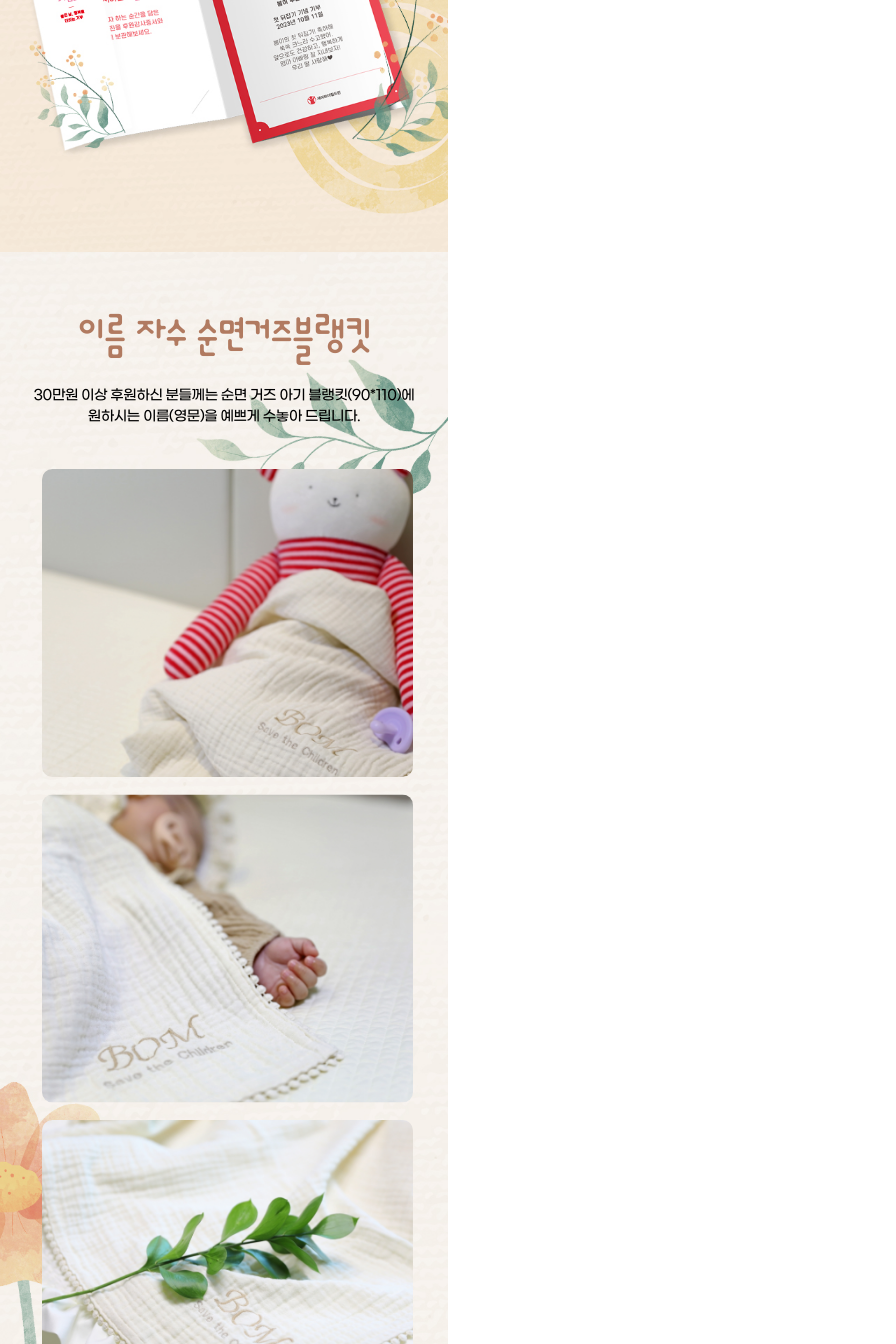
Repository: dlgywls1130/save_children_m
Page: index.html
An editor plug-in stored every save of this project. The page is shown before and after the next save, followed by the edit.
The browser window is 1280 px wide. The pictures show the part of the page from y = 4580 to 6500 px (the page is 9980 px tall), at 70% of full size.

Above is the page before, as saved 2023-12-13 21:01:17.

### index.html
<!DOCTYPE html>
<html lang="en">
<head>
    <meta charset="UTF-8">
    <meta name="viewport" content="width=device-width, initial-scale=1.0">
    <title>세이브더칠드런</title>

    <link rel="stylesheet" href="./css/reset.css">
    <link rel="stylesheet" href="./css/style.css">

</head>
<body>
    <div class="content_body">
        <section class="section_wrapper section01">
            <div class="se01 se_wrapper">
                <div class="se01_sub">
                    <div class="sub_logo">
                        <img src="./img/logo01.png" alt="logo">
                    </div>
                    <p>우리 아기 좋은 날 기부</p>
                </div>
                <p class="seo01_title">
                    아가야,
                </p>
                <p class="seo01_title_two">
                    너의 <span id="rollingText">탄생</span> 순간을 축하해!
                </p>
                <p class="section_descript mb-45">
                    아이의 건강과 행복을
                    <br>바라는 마음을 담아,
                    <br>탄생, 백일, 첫 걸음마, 첫돌 등
                    <br>내 아이의 소중한 순간을
                    <br>기부로 기념해보세요.
                    <br>함께 자라나는 다른 아이들
                    <br>에게도 큰 축복이 됩니다..
                </p>

                <a class="donation_link" href="javascript:void(0)">우리 아기 좋은 날 기부</a>
            </div>
        </section>
        <section class="section_wrapper section02">
            <div class="se02 se_wrapper">
                <div class="postit_wrapper">
                    <div class="postit postit01">
                        <p>우리 아들 우현이의<br>
                        200일을 축하해.<br>
                        <span>건강하게 자라줘서 고마워 <img src="./img/heart.png"></span>
                        늘 사랑받고 받은 사랑만큼<br>
                        베풀 수 있는 건강하고<br>
                        멋진 아들이 되길 바래!</p>
                    </div>
                    <div class="postit postit02">
                        <p>우리 새로아<Br>
                        백일 동안 무럭무럭 자라줘서<Br>
                        고마워~앞으로도 건강하고<Br>
                        우리 같이 재미있게 많이 놀자.<Br>
                        엄마,아빠가 많이 사랑해.</p>
                    </div>

                    <div class="postit postit05">
                        <p>사랑하는 도현이의<br>
                        첫 어린이날과 첫돌을<br>
                        기념하며, <br>
                        이웃을 사랑하는<br>
                        멋진 사람으로 자라길</p>

                    </div>
                    <div class="postit postit04">
                        <p>보미야<br>
                        첫 번째 생일 축하해<br>
                        너의 존재가 온 세상에<br>
                        봄이길 바랄게!   </p>
                    </div>

                    <div class="postit postit03">
                        <p>서진아<br>
                        우리에게 와줘서 고마워<br>
                        건강하고 행복하게 자라렴.<br>
                        사랑해♡      </p>
                    </div>

                </div>

            </div>
        </section>
        <section class="section_wrapper section03">
            <div class="se_wrapper se03">
                <div class="se_title_co">
                    아기의 좋은 날을<br> 기념해 주신 모든 분들께
                    <br>후원감사증서를 보내드립니다.
                </div>
                <div class="se_sub_co">
                    후원감사증서는<Br> 아기에게 남기고 싶은 메시지와 아기의 좋은 날이 담긴 사진을<br> 보관할 수 있도록
                    만들어드립니다.<br> 먼 훗날, 아기가 성장해 읽게 될 날을 그리며 편지를 써보세요.
                </div>
            </div>

        </section>
        <section class="section_wrapper section04">
            <div class="se_wrapper se04">
                <div class="se_title_co">
                    이름 자수 순면거즈블랭킷
                </div>
                <div class="se_sub_co">
                    30만원 이상 후원하신 분들께는 순면 거즈 아기 블랭킷(90*110)에
                    <Br>원하시는 이름(영문)을 예쁘게 수놓아 드립니다.
                </div>

                <div class="se04_slide mt-85">
                    <div class="se04_slide_list">
                        <img src="./img/slide03.jpg">
                    </div>
                    <div class="se04_slide_list">
                        <img src="./img/slide02.jpg">
                    </div>
                    <div class="se04_slide_list">
                        <img src="./img/slide01.jpg">
                    </div>
                </div>
            </div>
        </section>
        <section class="section_wrapper section05">
            <div class="se_wrapper se05">
                <div class="se_title_co">
                    후원신청 과정
                </div>


                <div class="se_sub_co">
                    30만원 이상 후원해 주신 경우,
                    <br>감사 선물 수령 주소 및 아기 블랭킷에 새겨질 문구 확인을 위한 문자가 발송됩니다.
                </div>

                <div class="se_step_list">
                    <div class="se_step">
                        <p class="step_number">1</p>
                        <div class="step_ico">
                            <img src="./img/icon01.png" alt="img">
                        </div>
                        <p class="step_descript">
                            후원신청하기
                        </p>
                    </div>
                    <div class="se_step">
                        <p class="step_number">2</p>
                        <div class="step_ico">
                            <img src="./img/icon02.png" alt="img">
                        </div>
                        <p class="step_descript">
                            후원감사증서
                            메시지 적기
                        </p>
                    </div>
                </div>
                <div class="se_step_list">
                    <div class="se_step">
                        <p class="step_number">3</p>
                        <div class="step_ico">
                            <img src="./img/icon03.png" alt="img">
                        </div>
                        <p class="step_descript">
                            신청완료
                        </p>
                    </div>
                    <div class="se_step">
                        <p class="step_number">4</p>
                        <div class="step_ico">
                            <img src="./img/icon04.png" alt="img">
                        </div>
                        <p class="step_descript">
                            후원감사증서 발송
                            (1주 이내)
                        </p>
                    </div>
                </div>


                <a class="donation_link" href="javascript:void(0)">우리 아기 좋은 날 기부</a>
            </div>

        </section>
        <section class="section_wrapper section06">
            <div class="se_wrapper se06">
                <div class="se_title_co">
                    후원금, 이렇게 쓰여요!
                </div>
                <div class="se_sub_co">
                    세이브더칠드런은 <Br><span>국내외 아동을 위한 교육,
                    <Br>보호, 보건영양지원,<Br> 아동권리옹호</span> 등의<Br> 활동을 해나가고 있습니다.
                </div>
                <div class="se_sub_co">
                    보내주신 후원금은<Br> 정치, 종교, 인종에 관계없이<Br> 모든 아이를 구해야 한다는
                    <Br>세이브더칠드런의 신념에 따라 <Br><span>가장 도움 필요한 아이를 위해 우선 사용</span>됩니다.
                </div>
            </div>

        </section>
        <section class="section_wrapper section07">
            <div class="se_wrapper se07">
                <div class="se_title_co">
                    FAQ
                </div>
                <div class="accordion">
                    <div class="accordion-item">
                        <h3 class="title">
                            <span>1. 30만원 이상 후원했습니다. <br>거즈 순면 블랭킷은 언제 오나요?</span>
                            <img src="./img/top.png">
                        </h3>
                        <p class="paragraph">
                            우리아기 축하기부로 30만원 이상 후원자님들께는 담요에 수놓을 아기 이름과
                            선물 수령 주소 확인을 위한 문자가 발송됩니다.
                            02-6900-4479로 발송되는 문자 속 설문조사에 답해주세요.
                            확인을 완료하신 분들께는 블랭킷 제작을 담당하고 있는 조니 스튜디오에서
                            아기 이름 자수 작업 완료 후 배송해 드립니다.

                        </p>
                    </div>
                    <div class="accordion-item">
                        <h3 class="title">
                            <span>2. 거즈 순면 블랭킷, 안전한 제품인가요?</span>
                            <img src="./img/top.png">
                        </h3>
                        <p class="paragraph">
                            본 블랭킷은 워싱된 3중 거즈로 제작되었으며, KC안전검사를 완료하였습니다.
                            소재 특성상 섬유 조각이 발생할 수 있어 망에 넣지 않고 3번 정도 물빨래 하시는 것을 권장합니다.

                        </p>
                    </div>
                    <div class="accordion-item">
                        <h3 class="title">
                            <span>3. 거즈 순면 블랭킷을 받았는 데 하자가 있어요. <Br>어떻게 해야 하나요? </span>
                            <img src="./img/top.png">
                        </h3>
                        <p class="paragraph">
                            070-4220-4123 (조니스튜디오 CS)로 전화 연락 부탁드립니다. 하자 물품에 대한 교환은 수령일로부터 7일 이내에 조니스튜디오에 연락해주셔야 하며, 이로 인한 후원금 환불은 어렵습니다.
                        </p>
                    </div>
                    <div class="accordion-item">
                        <h3 class="title">
                            <span>4. 후원감사증서에 넣을 수 있는 사진 사이즈는 <Br>얼마인가요?</span>
                            <img src="./img/top.png">
                        </h3>
                        <p class="paragraph">
                            사진 인화 사이즈 5*7 인치에 맞추어서 제작되었습니다.  그보다 작은 사진일 경우, 후원감사증서
                            내부의 주머니에 넣어 보관하실 수도  있습니다.

                        </p>
                    </div>
                </div>
            </div>

        </section>
        <section class="section_wrapper section08">
            <div class="se_wrapper se08">
                <div class="se08_postion">
                    <p class="se08_title">우리 아기 좋은 날 기부</p>
                    <p class="se08_descript">
                        탄생, 백일, 첫 걸음마, 첫돌...
                        <br>소중한 우리 아기의 성장을 기념해 보세요!
                        <br>아기의 좋은 날이 모여 세상의 행복이 됩니다.
                    </p>
                    <a href="javascript:void(0)" class="more_btn">
                        <p>자세히보기</p>
                        <svg xmlns="http://www.w3.org/2000/svg" width="16" height="16" fill="currentColor" class="bi bi-chevron-right" viewBox="0 0 16 16">
                            <path fill-rule="evenodd" d="M4.646 1.646a.5.5 0 0 1 .708 0l6 6a.5.5 0 0 1 0 .708l-6 6a.5.5 0 0 1-.708-.708L10.293 8 4.646 2.354a.5.5 0 0 1 0-.708z"/>
                        </svg>
                    </a>
                </div>

            </div>
        </section>
    </div>

    <script src="https://ajax.googleapis.com/ajax/libs/jquery/1.12.4/jquery.min.js"></script>
    <script src="./js/main.js"></script>
</body>
</html>

### css/reset.css


html, body, div, span, applet, object, iframe,
h1, h2, h3, h4, h5, h6, p, blockquote, pre,
a, abbr, acronym, address, big, cite, code,
del, dfn, em, img, ins, kbd, q, s, samp,
small, strike, strong, sub, sup, tt, var,
b, u, i, center,
dl, dt, dd, ol, ul, li,
fieldset, form, label, legend,
table, caption, tbody, tfoot, thead, tr, th, td,
article, aside, canvas, details, embed,
figure, figcaption, footer, header, hgroup,
menu, nav, output, ruby, section, summary,
time, mark, audio, video {
	margin: 0;
	padding: 0;
	border: 0;
	font-size: 100%;
	font: inherit;
	vertical-align: baseline;
}

article, aside, details, figcaption, figure,
footer, header, hgroup, menu, nav, section {
	display: block;
}
body {
	line-height: 1;
}
ol, ul {
	list-style: none;
}
blockquote, q {
	quotes: none;
}
blockquote:before, blockquote:after,
q:before, q:after {
	content: '';
	content: none;
}
table {
	border-collapse: collapse;
	border-spacing: 0;
}

### css/style.css

/* root */
:root{
    --main-color:#B17A60;
    --pink-color:#F79497;
}


/* font */

/* dongle */
@font-face {
    font-family: 'Dongle';
    font-weight: 300;
    src: url('../font/Dongle-Light.ttf') format('ttf'),
    url('../font/Dongle-Light.woff') format('woff');
}

@font-face {
    font-family: 'Dongle';
    font-weight: 500;
    src: url('../font/Dongle-Regular.ttf') format('ttf'),
    url('../font/Dongle-Regular.woff') format('woff');
}

@font-face {
    font-family: 'Dongle';
    font-weight: 700;
    src: url('../font/Dongle-Bold.ttf') format('ttf'),
    url('../font/Dongle-Bold.woff') format('woff');
}


/* Gmarket */
@font-face {
    font-family: 'GmarketSans';
    font-weight: 300;
    src: url('../font/GmarketSansLight.ttf') format('ttf'),
    url('../font/GmarketSansLight.woff') format('woff');
}

@font-face {
    font-family: 'GmarketSans';
    font-weight: 500;
    src: url('../font/GmarketSansMedium.ttf') format('ttf'),
    url('../font/GmarketSansMedium.woff') format('woff');
}

@font-face {
    font-family: 'GmarketSans';
    font-weight: 700;
    src: url('../font/GmarketSansBold.ttf') format('ttf'),
    url('../font/GmarketSansBold.woff') format('woff');
}


/* nanumsqure */

@font-face {
    font-family: 'NanumSquare';
    font-weight: 400;
    src: url('../font/NanumSquareL.ttf') format('ttf'),
    url('../font/NanumSquareL.woff') format('woff');
}

@font-face {
    font-family: 'NanumSquare';
    font-weight: 500;
    src: url('../font/NanumSquareR.ttf') format('ttf'),
    url('../font/NanumSquareR.woff') format('woff');
}

@font-face {
    font-family: 'NanumSquare';
    font-weight: 600;
    src: url('../font/NanumSquareB.ttf') format('ttf'),
    url('../font/NanumSquareB.woff') format('woff');
}

@font-face {
    font-family: 'NanumSquare';
    font-weight: 700;
    src: url('../font/NanumSquareEB.ttf') format('ttf'),
    url('../font/NanumSquareEB.woff') format('woff');
}



/* scdream5 */
@font-face {
    font-family: 'SCDream5';
    src: url('../font/SCDream5.woff') format('woff'),
    url('../font/SCDream5.ttf') format('ttf'),
    url('../font/SCDream5.otf') format('otf');
}


.section_wrapper{
    max-width:640px;
    width: 100%;

}

.se_wrapper{
    max-width: 640px;
    width: 100%;
    position: relative;
    box-sizing: border-box;
}


/* section01 */


.section01{
    background: url('../img/back01.jpg') no-repeat;
    height: 940px;

}

.se01{
    padding: 145px 10px 92px 45px;
    box-sizing: border-box;
}
.se01_sub{
    display: flex;
    align-items: center;
    margin-bottom: 70px;
}

.sub_logo{
    width: 125px;
    height: 40px;
    margin-right: 10px;
}

.sub_logo img{
    width: 100%;
    height: 100%;
    object-fit: contain;
}

.se01_sub p{
    width: 190px;
    height: 30px;
    background: #B17A60;
    border-radius: 15px;
    display: flex;
    align-items: center;
    justify-content: center;
    letter-spacing: -0.03em;
    font-size: 15px;
    font-weight: 700;
    font-family: 'GmarketSans',sans-serif;
    color: #fff;
}

.seo01_title{
    font-family: 'Dongle',sans-serif;
    font-weight: 500;
    font-size: 120px;
    color: var(--main-color);
    letter-spacing: -0.03em;
}

.seo01_title_two{
    font-family: 'Dongle',sans-serif;
    font-weight: 500;
    font-size: 90px;
    color: var(--main-color);
    letter-spacing: -0.03em;
    margin-top: -7%;
    margin-bottom: 50px;
    display: flex;
    align-items: center;
    white-space: nowrap;
}

.seo01_title_two span{
    margin: 0 1rem;
}
.section_descript{
    font-size: 20x;
    line-height: 30px;
    font-family: 'GmarketSans';
    font-weight: 500;
    letter-spacing: -0.03em;
    color: #000;
}

.donation_link{
    width: 300px;
    height: 50px;
    border-radius: 100px;
    display: flex;
    align-items: center;
    justify-content: center;
    background: var(--pink-color);
    color: #fff;
    font-family: 'GmarketSans';
    font-size: 20px;
    font-weight: 700;
    letter-spacing: -0.03em;
    text-decoration: none;
    margin: 145px auto 0;
}


@keyframes roll {
    from {
        transform: translateY(40%);
        opacity: 0;
    }
    to {
        transform: translateY(0);
        opacity: 1;
    }
  }


  #rollingText.animate-text {
    animation: roll 0.5s ease-in-out;
}

/* section02 */

.section02{
    height: 2800px;
    background: url('../img/back02.jpg') no-repeat;
}

.se02{
    box-sizing: border-box;
    height: 100%;
}
.postit_wrapper{
    width: 100%;
    padding: 76px 60px 96px;
    position: relative;
    display: flex;
    flex-direction: column;
    align-items: center;
    box-sizing: border-box;
}

.ex_text{
    font-family: 'GmarketSans';
    font-size: 20px;
    font-weight: 500;
    letter-spacing: -0.03em;
}


.postit p img{
    width: 26px;
    height: 26px;
    object-fit: contain;
}
.postit p{
    font-family: 'SCDream5';
    font-size: 23px;
    line-height: 35px;
    text-align: center;
    display: flex;
    justify-content: center;
    align-items: center;
    flex-direction: column;
    height: 100%;
}

.postit01{
    background:url('../img/post04.png') no-repeat;
    width: 520px;
    height: 520px;
    background-size: contain;
    box-sizing: border-box;
}

.postit01 p{
    transform: rotate(358deg);
    padding-top: 20px;
}

.postit02{
    background: url('../img/post05.png') no-repeat;
    width: 510px;
    height: 510px;
    background-size: contain;
    box-sizing: border-box;
    margin-top: -19%;
}

.postit02 p{
    transform: rotate(7deg);
    padding-top: 20px;
}

.postit03{
    background:url('../img/post02.png') no-repeat;
    width: 459px;
    height: 459px;
    background-size: contain;
    box-sizing: border-box;
    margin-top: -25%;
    transform: rotate(-14deg);
}

.postit03 p{
    transform: rotate(-7deg);
    padding-top: 20px;
}

.postit04{
    background: url(../img/post03.png) no-repeat;
    width: 440px;
    height: 440px;
    background-size: cover;
    box-sizing: border-box;
    margin-top: -24%;
    transform: rotate(14deg);
}

.postit04 p{
    transform: rotate(7deg);
}

.postit05{
    background:url('../img/post01.png') no-repeat;
    width: 460px;
    height: 460px;
    background-size: contain;
    box-sizing: border-box;
    margin-top: -22%;
}

.postit05 p{
    transform: rotate(-9deg);
    padding-top: 20px;
}

/* section03 */

.section03{
    height: 1200px;
    background: url('../img/back03.jpg') no-repeat;
}

.se03{
    padding: 200px 60px 96px;
    box-sizing: border-box;
    height: 100%;
}


.se_title_co{
    font-size: 80px;
    line-height: 80px;
    letter-spacing: -0.03em;
    font-family: 'Dongle';
    font-weight: 500;
    color: var(--main-color);
    text-align: center;
}

.se_sub_co{
    font-size: 20px;
    letter-spacing: -0.03em;
    line-height: 30px;
    font-family: 'GmarketSans';
    font-weight: 500;
    text-align: center;
    margin-top: 30px;
}

/* section04 */

.section04{
    height: 1740px;
    background: url('../img/back04.jpg') no-repeat;
}

.se04{
    padding: 80px 0 130px;
    box-sizing: border-box;
    height: 100%;
}

.se04_slide{
    margin: 60px auto 0;
    padding: 0 60px;
}


.se04_slide_list{
    width: 530px;
    height: 440px;
    border-radius: 9px;
    margin-bottom: 25px;
}

.se04_slide_list img{
    width:100%;
height: 100%;
object-fit: cover;
border-radius: 15px;
}
/* section05 */
.section05{
    height: 1000px;
    background: url('../img/back05.jpg') no-repeat;
}

.se05{
    padding: 80px 60px 140px;
    box-sizing: border-box;
    height: 100%;
}

.se_step_list{
    display: flex;
    align-content: center;
    margin-top: 20px;
    position: relative;
    flex-wrap: wrap;
    justify-content: space-between;
}


.se_step_list .se_step{
    position: relative;
    display: flex;
    flex-direction: column;
    align-items: center;
}

.step_number{
    font-size: 25px;
    letter-spacing: -0.03em;
    line-height: 35px;
    font-weight: 700;
    font-family: 'GmarketSans';
    position: absolute;
    left: 19%;
    top: 0;
    color: var(--main-color);
    z-index: 2;
}

.se_step_list .se_step .step_ico{
    width: 200px;
    height: 200px;
    border-radius: 50%;
    background-color: #fff;
    display: flex;
    align-items: center;
    justify-content: center;
    position: relative;
    z-index: 1;
}

.se_step_list .se_step .step_ico img {
    width: 138px;
    height: 138px;
    object-fit: contain;
    object-position: 73%;
}

.step_descript{
    font-size: 20px;
    letter-spacing: -0.03em;
    line-height: 23px;
    font-weight: 500;
    font-family: 'GmarketSans';
    text-align: center;
    margin-top: 20px;
    color: var(--main-color);
}


.section05 .donation_link{
    margin: 70px auto 0;
}


/* section06 */
.section06{
    height:800px;
    background: url('../img/back06.jpg') no-repeat;
}

.se06{
    padding: 155px 0;
    height: 100%;
    box-sizing: border-box;
}


.se_sub_co span{
    font-weight: 700;
}
/* section07 */

.section07{
    height:1000px;
    background: url('../img/back07.jpg') no-repeat;
}

.se07{
    padding: 100px 0;
    height: 100%;
    box-sizing: border-box;
}


.accordion{
    margin-top: 38px;
}
.accordion-item {
    padding:15px 30px;
    margin: 0;
    overflow: hidden;
}

.accordion-item .title {
    display: flex;
    justify-content: space-between;
    align-items: center;
    font-weight: 700;
    font-size: 20px;
    line-height: 30px;
    letter-spacing: -0.03em;
    cursor: pointer;
    width: 100%;
    height: 100px;
    border-radius: 50px;
    background-color: #fff;
    color: var(--main-color);
    padding: 0 50px;
    font-family: 'GmarketSans';
    box-sizing: border-box;
    text-indent: -10px;
}

.accordion-item .title img {
    font-size: 0.9rem;
    color: #454545;
    transform: rotate(0);
    transition: transform 0.15s ease;
}

.accordion-item .paragraph {
    font-weight: 500;
    font-size: 20px;
    letter-spacing: -0.03em;
    color: #000;
    display: none;
    padding: 30px 35px 15px;
    list-style: inside;
    line-height: 30px;
    font-family: 'GmarketSans';
}

.accordion-item .paragraph .indent{
    text-indent: 1rem;
}


.accordion-item .paragraph span{
    font-weight: bold;
}

.accordion-item.active .title img{
    transform: rotate(180deg);
}

.accordion-item.active .paragraph {
    display: block;
}


/* section08 */

.section08{
    height:500px;
    background: url('../img/banner.jpg') no-repeat;
}
.se08{
    position: relative;
    height: 100%;
}

.se08_postion{
    display: flex;
    align-items: center;
    justify-content: center;
    flex-direction: column;
    height: 100%;
}

.se08_title{
    font-family: 'NanumSquare';
    font-weight: 600;
    font-size: 30px;
    letter-spacing: -0.05em;
    line-height: 50px;
    position: relative;
    text-align: center;
    margin-bottom: 30px;
}



.se08_descript{
    font-family: 'NanumSquare';
    font-weight: 500;
    font-size: 20px;
    line-height: 30px;
    letter-spacing: -0.05em;
    text-align: center;
}

.more_btn{
    margin-top: 38px;
    width: 150px;
    height: 40px;
    background: #543F2C;
    display: flex;
    align-items: center;
    justify-content: center;
    text-decoration: none;
}

.more_btn p{
    font-family: 'NanumSquare';
    font-weight: 500;
    font-size: 18px;
    color: #fff;

}

.more_btn svg{
    fill: #fff;
}

Loaded but not shown: js/main.js (46 lines, source omitted)

After the next save:
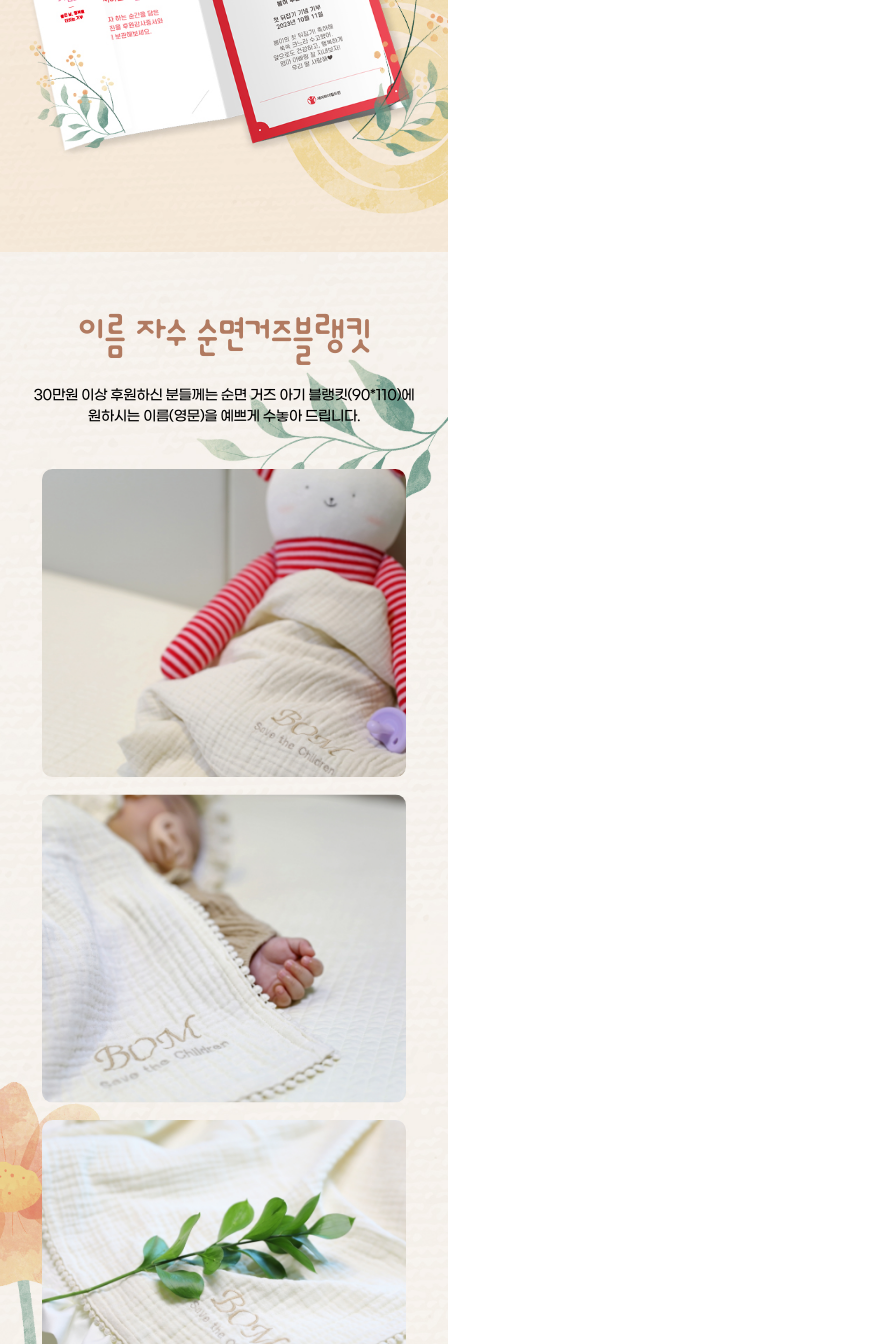
Saved 2 min 1 s later.
--- a/css/style.css
+++ b/css/style.css
@@ -392,7 +392,7 @@
 
 
 .se04_slide_list{
-    width: 530px;
+    width: 520px;
     height: 440px;
     border-radius: 9px;
     margin-bottom: 25px;
